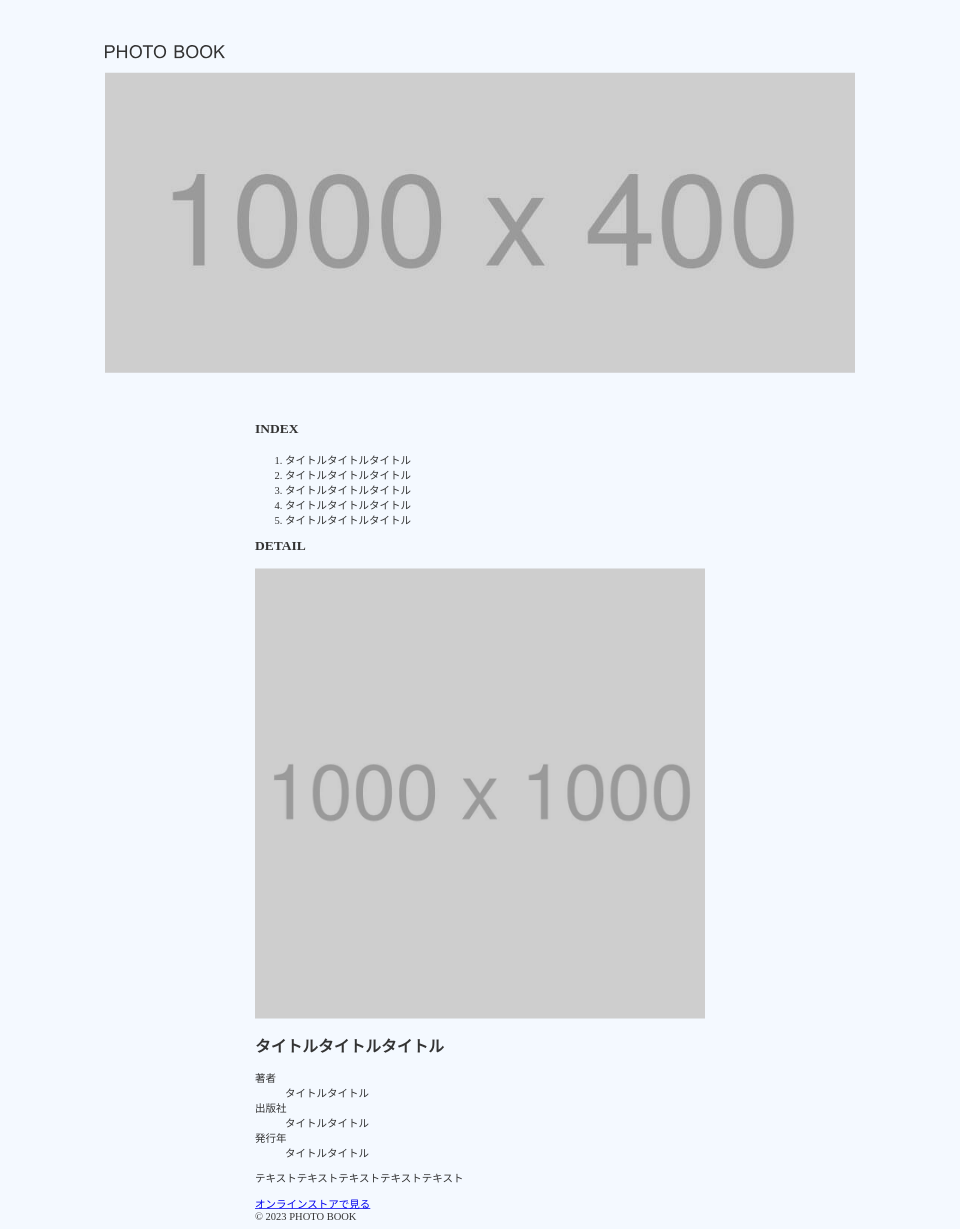
Repository: Fuki-san/photo-book-1
Page: http://localhost/photo
The author's editor kept a copy of each file at every save. The page is drawn from the files as they stood at one save, then again after the next save.
The browser window is 1280 px wide. The pictures show the whole page, at 75% of full size.
The page is served by the project's Laravel application, run on PHP 8.4 with Laravel 10. Other server files are loaded and not shown.

Above is the page before, as saved 2023-11-29 18:01:17.

### routes/web.php
<?php

use Illuminate\Support\Facades\Route;

/*
|--------------------------------------------------------------------------
| Web Routes
|--------------------------------------------------------------------------
|
| Here is where you can register web routes for your application. These
| routes are loaded by the RouteServiceProvider and all of them will
| be assigned to the "web" middleware group. Make something great!
|
*/

Route::get('/', function () {
    return view('welcome');
});

Route::get('photo', function () {
    return view('photo');
});

### resources/views/photo.blade.php
@extends('layouts.main')

@section('title', 'photo')

@section('content')
    <div class="container">
        <header id="header">
            <h1 class="site-title"><a href="#"><img src="img/logo.svg" alt=""></a></h1>
            {{-- <span>aa</span> --}}
        </header>

        <main>
            <div id="mainvisual">
                <img src="img/mainvisual.jpg" alt="">
            </div>
            <section id="index">
                <div class="inner">
                    <h2 class="sec-title">INDEX</h2>
                    <ol class="index-list">
                        <li>タイトルタイトルタイトル</li>
                        <li>タイトルタイトルタイトル</li>
                        <li>タイトルタイトルタイトル</li>
                        <li>タイトルタイトルタイトル</li>
                        <li>タイトルタイトルタイトル</li>
                    </ol>
                </div>
            </section>

            <section id="detail">
                <div class="inner">
                    <h2 class="sec-title">DETAIL</h2>
                    <div class="content">
                        <img src="img/detail.jpg" alt="">
                        <div class="text">
                            <h2 class="title">タイトルタイトルタイトル</h2>
                            <dl>
                                <dt>著者</dt>
                                <dd>タイトルタイトル</dd>
                                <dt>出版社</dt>
                                <dd>タイトルタイトル</dd>
                                <dt>発行年</dt>
                                <dd>タイトルタイトル</dd>
                            </dl>
                            <p>テキストテキストテキストテキストテキスト</p>
                            <a rel="noopener noreferrer" class="link" target="_blank" href="#">オンラインストアで見る</a>
                        </div>
                    </div>
                </div>
            </section>
        </main>

        <footer id="footer">
            <p class="inner">&copy; 2023 PHOTO BOOK</p>
        </footer>

    </div>
@endsection

### resources/views/layouts/main.blade.php
<!DOCTYPE html>
<html lang="ja">
<head>
    <meta charset="UTF-8">
    <meta name="viewport" content="width=device-width, initial-scale=1.0">
    <meta http-equiv="X-UA-Compatible" content="ie=edge">
    <link rel="stylesheet" href="{{ asset('css/reset.css') }}">
    <link rel="stylesheet" href="{{ asset('css/style.css') }}">
    <link rel="icon" href="img/favicon.ico">
    <title>@yield('title')</title>
</head>
<body>
    @yield('content')
</body>
</html>

### public/css/style.css
@charset "utf-8";

html{
    font-size: 100%;
}
body{
    font-size: 0.875rem;
    color: #333;
    background-color: #f4f9ff;
}
img{
    max-width: 100%;
    /* 画像は文字みたいに最初からサイズが決まっているわけではないので、
    (厳密にいえばテキストも同様で○○remと相対的なサイズにする)小さい画面サイズで
    はみ出したり、大きい画面サイズで余白ができるほど小さい画像にならないように、
    レスポンシブデザインを活かすため、max-width100%をしている */
}
.container{
    /* つまり.containerの子要素は本来、子のブロック要素は親要素と同じ幅になってmarigin autoなんて
    効かないが、1000pxの幅を超えたときに、containerがインライン要素と同じ感じに
    (block要素の幅100%でなく)1000pxという幅を持ち始め、それよりも大きい外側の部分を調整して
    marigin autoが効き、真ん中に来るようになる。
    端的に言えば↓の2つのコードは、幅が1000pxを超えたときに要素が真ん中に来るようにすること */
    /* .containerにも.innerにもmax-widthをする理由は、.innerの幅は
    .containerの1000pxを超えることがないが、それを超えて例えば1200pxのとき、
    .containerは200px分marginを取る。子のsection index(containerと同じ幅)も同様に1000pxcontentになり200px分は
    marginになる。このときでもinnerは600pxの幅を保ち、親のsection(1000px)に対して400px(左右200pxずつ)
    marginを取り、残りの200pxはそもそも範囲外でmarginでさえ対象外だから関係なし。
    つまり最初真ん中にindex要素を配置したいな→indexは600pxまでmainvisualと同じ幅で
    それ以上は画像だけ幅が伸びていく形(T型見たいなデザイン)にしようかな...でmax-widthとmargin autoが決まる */
    max-width: 1000px;
    margin: 0 auto;
}
.inner{
    margin: 0 auto;
    max-width: 600px;
}
.sec-title{
    font-size: 1.125rem;
    font-weight: bold;
    margin-bottom: 20px;
}
/* header */

#header{
    margin-top: 60px;
}
#header .site-title{
    width: 160px;
    /* h1の高さをaやimgと合わせるため。 */
    line-height: 1px;
}
#header a{
    /* h1の範囲をaと合わせるため。これで */
    display: block;
}
/* main */
#mainvisual{
    margin-bottom: 60px;
}
#mainvisual img{
    width: 100%;
}
#index .content{

}

### public/img/logo.svg
<?xml version="1.0" encoding="utf-8"?>
<!-- Generator: Adobe Illustrator 15.1.0, SVG Export Plug-In . SVG Version: 6.00 Build 0)  -->
<!DOCTYPE svg PUBLIC "-//W3C//DTD SVG 1.1//EN" "http://www.w3.org/Graphics/SVG/1.1/DTD/svg11.dtd">
<svg version="1.1" id="レイヤー_1" xmlns="http://www.w3.org/2000/svg" xmlns:xlink="http://www.w3.org/1999/xlink" x="0px"
	 y="0px" width="1400px" height="156px" viewBox="0 0 1400 156" enable-background="new 0 0 1400 156" xml:space="preserve">
<g>
	<path fill="#333333" d="M0,152.092V2.65h56.373c9.92,0,17.498,0.477,22.731,1.428c7.34,1.223,13.49,3.552,18.451,6.982
		c4.96,3.433,8.953,8.241,11.978,14.425c3.022,6.185,4.536,12.98,4.536,20.387c0,12.709-4.043,23.463-12.129,32.264
		c-8.09,8.802-22.699,13.202-43.834,13.202h-38.33v60.754H0z M19.775,73.702h38.636c12.775,0,21.847-2.379,27.217-7.136
		c5.369-4.757,8.053-11.451,8.053-20.082c0-6.252-1.581-11.604-4.741-16.056c-3.16-4.45-7.324-7.391-12.487-8.817
		c-3.33-0.883-9.481-1.325-18.452-1.325H19.775V73.702z"/>
	<path fill="#333333" d="M139.859,152.092V2.65h19.776v61.367h77.677V2.65h19.775v149.441h-19.775V81.652h-77.677v70.439H139.859z"
		/>
	<path fill="#333333" d="M288.174,79.309c0-24.805,6.66-44.224,19.98-58.258C321.473,7.019,338.667,0,359.735,0
		c13.795,0,26.232,3.298,37.309,9.889c11.076,6.593,19.521,15.784,25.332,27.574c5.811,11.791,8.716,25.163,8.716,40.112
		c0,15.155-3.059,28.713-9.175,40.674c-6.116,11.961-14.781,21.016-25.993,27.166c-11.214,6.15-23.311,9.226-36.291,9.226
		c-14.067,0-26.641-3.398-37.717-10.194c-11.079-6.794-19.471-16.071-25.179-27.829C291.029,104.86,288.174,92.425,288.174,79.309z
		 M308.562,79.614c0,18.01,4.843,32.197,14.527,42.559c9.684,10.364,21.831,15.546,36.442,15.546
		c14.884,0,27.131-5.231,36.75-15.699c9.615-10.464,14.423-25.313,14.423-44.546c0-12.165-2.057-22.784-6.167-31.856
		c-4.112-9.071-10.126-16.106-18.043-21.101c-7.917-4.995-16.804-7.493-26.656-7.493c-14,0-26.046,4.81-36.137,14.425
		C313.608,41.065,308.562,57.121,308.562,79.614z"/>
	<path fill="#333333" d="M490.425,152.092V20.286h-49.237V2.65h118.451v17.636h-49.439v131.806H490.425z"/>
	<path fill="#333333" d="M570.14,79.309c0-24.805,6.658-44.224,19.979-58.258C603.438,7.019,620.632,0,641.7,0
		c13.794,0,26.23,3.298,37.309,9.889c11.076,6.593,19.522,15.784,25.331,27.574c5.813,11.791,8.717,25.163,8.717,40.112
		c0,15.155-3.059,28.713-9.176,40.674c-6.114,11.961-14.779,21.016-25.992,27.166s-23.311,9.226-36.291,9.226
		c-14.068,0-26.641-3.398-37.717-10.194c-11.078-6.794-19.47-16.071-25.179-27.829C572.994,104.86,570.14,92.425,570.14,79.309z
		 M590.526,79.614c0,18.01,4.843,32.197,14.527,42.559c9.685,10.364,21.83,15.546,36.442,15.546
		c14.883,0,27.132-5.231,36.748-15.699c9.615-10.464,14.424-25.313,14.424-44.546c0-12.165-2.057-22.784-6.166-31.856
		c-4.113-9.071-10.127-16.106-18.043-21.101c-7.918-4.995-16.804-7.493-26.658-7.493c-14,0-26.044,4.81-36.136,14.425
		C595.572,41.065,590.526,57.121,590.526,79.614z"/>
	<path fill="#333333" d="M812.43,152.092V2.65h56.066c11.416,0,20.573,1.514,27.472,4.537c6.896,3.024,12.3,7.68,16.209,13.966
		c3.907,6.286,5.861,12.861,5.861,19.724c0,6.39-1.732,12.404-5.198,18.044c-3.467,5.641-8.7,10.193-15.7,13.659
		c9.039,2.65,15.987,7.172,20.848,13.558c4.857,6.389,7.289,13.933,7.289,22.631c0,7-1.479,13.506-4.435,19.521
		c-2.957,6.016-6.612,10.652-10.958,13.915c-4.352,3.261-9.806,5.726-16.363,7.391c-6.558,1.666-14.593,2.497-24.106,2.497H812.43z
		 M832.206,65.444h32.313c8.768,0,15.053-0.576,18.859-1.733c5.027-1.493,8.818-3.975,11.366-7.439
		c2.548-3.468,3.822-7.815,3.822-13.049c0-4.961-1.188-9.328-3.567-13.099c-2.38-3.773-5.776-6.354-10.192-7.748
		c-4.419-1.393-11.997-2.09-22.733-2.09h-29.868V65.444z M832.206,134.457h37.208c6.386,0,10.872-0.237,13.455-0.715
		c4.552-0.814,8.358-2.173,11.417-4.077c3.058-1.901,5.571-4.672,7.544-8.308c1.971-3.634,2.956-7.832,2.956-12.589
		c0-5.571-1.428-10.414-4.281-14.526c-2.854-4.111-6.814-6.999-11.876-8.665c-5.063-1.664-12.354-2.497-21.865-2.497h-34.558
		V134.457z"/>
	<path fill="#333333" d="M946.479,79.309c0-24.805,6.659-44.224,19.979-58.258C979.776,7.019,996.972,0,1018.039,0
		c13.794,0,26.23,3.298,37.309,9.889c11.077,6.593,19.521,15.784,25.331,27.574c5.812,11.791,8.717,25.163,8.717,40.112
		c0,15.155-3.058,28.713-9.175,40.674s-14.781,21.016-25.994,27.166s-23.311,9.226-36.29,9.226
		c-14.068,0-26.641-3.398-37.717-10.194c-11.078-6.794-19.47-16.071-25.18-27.829C949.332,104.86,946.479,92.425,946.479,79.309z
		 M966.865,79.614c0,18.01,4.842,32.197,14.526,42.559c9.685,10.364,21.83,15.546,36.442,15.546
		c14.884,0,27.133-5.231,36.749-15.699c9.615-10.464,14.424-25.313,14.424-44.546c0-12.165-2.057-22.784-6.166-31.856
		c-4.113-9.071-10.127-16.106-18.044-21.101c-7.917-4.995-16.803-7.493-26.657-7.493c-14.001,0-26.044,4.81-36.136,14.425
		C971.91,41.065,966.865,57.121,966.865,79.614z"/>
	<path fill="#333333" d="M1108.865,79.309c0-24.805,6.66-44.224,19.979-58.258C1142.163,7.019,1159.357,0,1180.426,0
		c13.794,0,26.23,3.298,37.31,9.889c11.076,6.593,19.521,15.784,25.332,27.574c5.811,11.791,8.715,25.163,8.715,40.112
		c0,15.155-3.059,28.713-9.175,40.674c-6.115,11.961-14.779,21.016-25.993,27.166s-23.312,9.226-36.29,9.226
		c-14.068,0-26.642-3.398-37.719-10.194c-11.078-6.794-19.469-16.071-25.177-27.829
		C1111.719,104.86,1108.865,92.425,1108.865,79.309z M1129.254,79.614c0,18.01,4.842,32.197,14.525,42.559
		c9.684,10.364,21.831,15.546,36.442,15.546c14.882,0,27.131-5.231,36.749-15.699c9.615-10.464,14.424-25.313,14.424-44.546
		c0-12.165-2.057-22.784-6.167-31.856c-4.113-9.071-10.127-16.106-18.043-21.101c-7.917-4.995-16.804-7.493-26.658-7.493
		c-13.999,0-26.044,4.81-36.135,14.425C1134.298,41.065,1129.254,57.121,1129.254,79.614z"/>
	<path fill="#333333" d="M1276.45,152.092V2.65h19.776V76.76l74.211-74.109h26.81l-62.691,60.552l65.444,88.89h-26.096
		l-53.213-75.638l-24.465,23.854v51.784H1276.45z"/>
</g>
</svg>

After the next save:
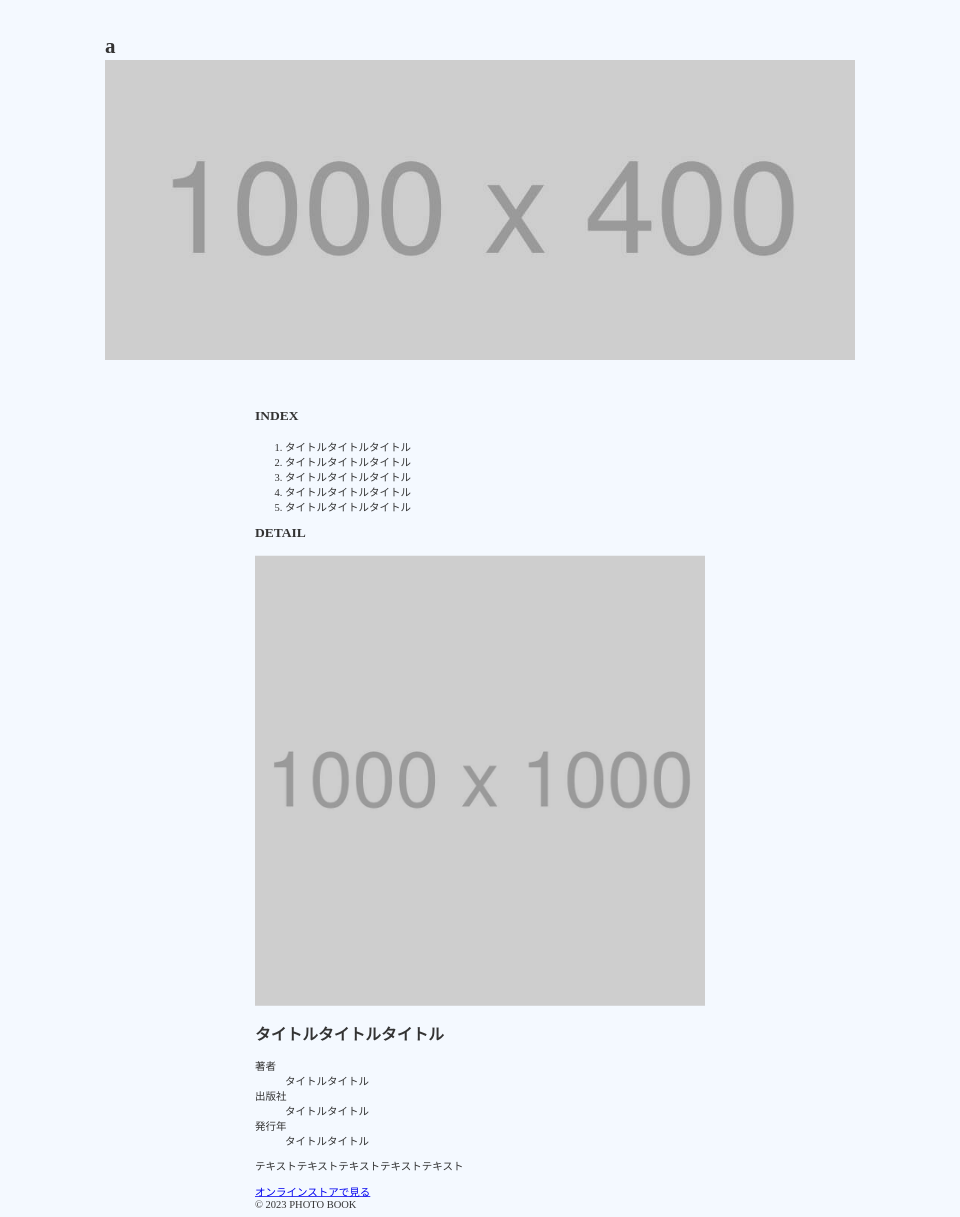
Saved 2 min 18 s later.
--- a/resources/views/photo.blade.php
+++ b/resources/views/photo.blade.php
@@ -5,7 +5,7 @@
 @section('content')
     <div class="container">
         <header id="header">
-            <h1 class="site-title"><a href="#"><img src="img/logo.svg" alt=""></a></h1>
+            <h1 class="site-title">a</h1>
             {{-- <span>aa</span> --}}
         </header>
 
